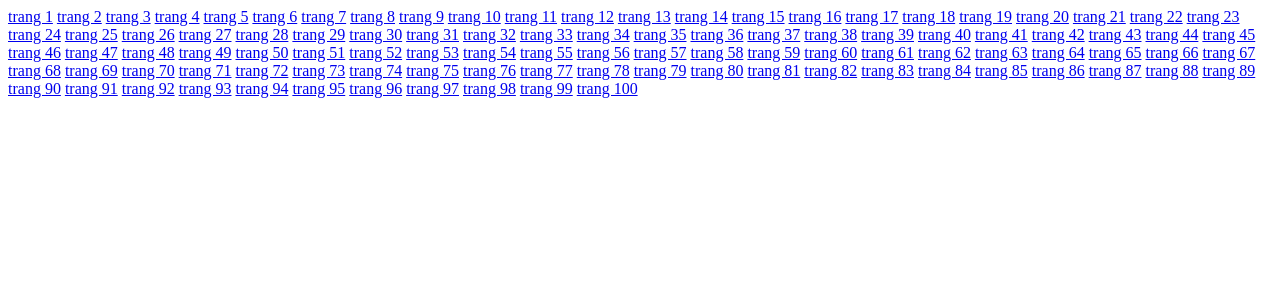
Repository: PhanCanhThoi/javaNangCao-Truong
Page: http://localhost/Nhom6/phantrang.jsp?t=1
These files come from the project's save history. The page is drawn as it stood at one moment and after the next save; the edit follows.
The browser window is 1280 px wide. The pictures show the whole page.
The page is served by Tomcat 9. Other server files are loaded and not shown.

Above is the page before, as saved 2024-09-10 02:34:21.

### CodeJava/Nhom6/src/main/webapp/phantrang.jsp
<%@ page language="java" contentType="text/html; charset=UTF-8"
    pageEncoding="UTF-8"%>
<!DOCTYPE html>
<html>
<head>
<meta charset="UTF-8">
<title>Insert title here</title>
</head>
<body>
	<%for(int i = 1 ; i <= 100 ; i++){ %>
		<a href="phantrang.jsp?t=<%=i%>"> trang <%=i %></a>
		<%} %>

</body>
</html>

After the next save:
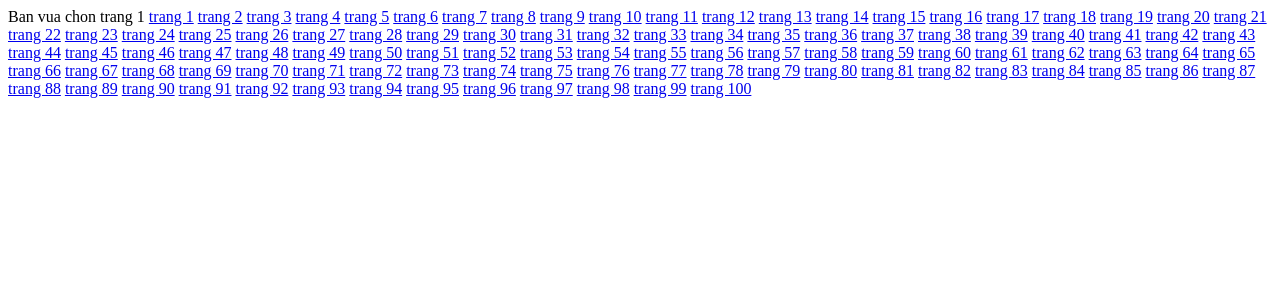
Saved 72 s later.
--- a/CodeJava/Nhom6/src/main/webapp/phantrang.jsp
+++ b/CodeJava/Nhom6/src/main/webapp/phantrang.jsp
@@ -7,6 +7,7 @@
 <title>Insert title here</title>
 </head>
 <body>
+	Ban vua chon trang <%=request.getParameter("t") %>
 	<%for(int i = 1 ; i <= 100 ; i++){ %>
 		<a href="phantrang.jsp?t=<%=i%>"> trang <%=i %></a>
 		<%} %>
